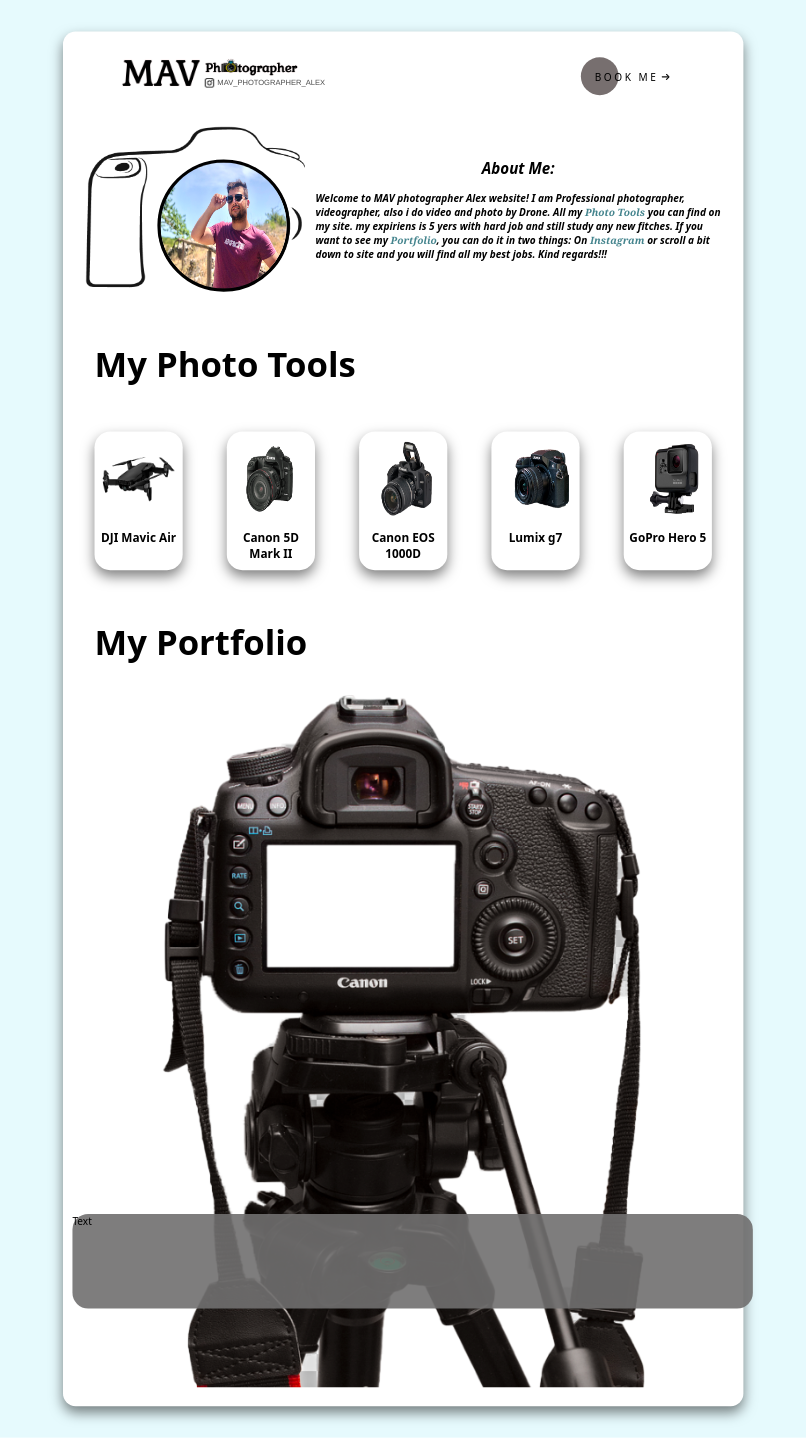
Repository: Dekabrist94/MAV
Page: /
An editor plug-in stored every save of this project. The page is shown before and after the next save, followed by the edit.
The browser window is 1280 px wide. The pictures show the whole page, at 63% of full size.
The project was rebuilt for these pictures with package versions that can differ from the ones it lists, and the page was loaded fresh each time.

Above is the page before, as saved 2023-03-11 17:34:19.

### src/index.js
import React from 'react';
import ReactDOM from 'react-dom/client';
import './index.scss';
import App from './App';
import reportWebVitals from './reportWebVitals';

const root = ReactDOM.createRoot(document.getElementById('root'));
root.render(
  <React.StrictMode>
    <App />
  </React.StrictMode>,
);

// If you want to start measuring performance in your app, pass a function
// to log results (for example: reportWebVitals(console.log))
// or send to an analytics endpoint. Learn more: https://bit.ly/CRA-vitals
reportWebVitals();

### src/index.scss
.aboutLinks {
  color: rgb(68, 132, 141);
  text-decoration: none;
  font-family: Georgia, 'Times New Roman', Times, serif;
  transition: all 0.3s ease;
}

.aboutLinks:hover {
  color: rgb(235, 17, 82);
  text-decoration: none;
  font-family: Georgia, 'Times New Roman', Times, serif;
}

body {
  margin: 0;
  font-family: system-ui;
  -webkit-font-smoothing: antialiased;
  -moz-osx-font-smoothing: grayscale;
  background-color: rgb(12, 213, 240, 0.1);
}

.wrapper {
  background: #ffffff;
  box-shadow: 0px 10px 20px rgba(0, 0, 0, 0.5);
  border-radius: 20px;
  max-width: 1080px;
  margin: 50px auto;
}

header {
  padding: 40px;
  margin: 50px;
  display: flex;
  justify-content: space-between;
}

img {
  margin-right: 5px;
}

.headerLeft {
  display: flex;
  align-items: center;
}

.underLogoLink {
  color: black;
  opacity: 70%;
  font-family: 'Franklin Gothic Medium', 'Arial Narrow', Arial, sans-serif;
  text-decoration: none;
  transition: all 0.2s ease;
  text-transform: uppercase;
  font-size: 12px;
}
.underLogoLink:hover {
  opacity: 100%;
  transition: all 0.2s ease;
}
.instaLink {
  display: flex;
  margin-top: -3px;
  align-items: center;
}

.bookMe {
  margin-top: 20px;
}

h3,
p {
  margin: 0;
}

.aboutMe {
  margin-left: 150px;
  position: relative;
  display: flex;

  align-items: center;
  justify-content: space-between;
}

.camera {
  top: -50px;
  left: -190px;
  position: absolute;
}
.avatar {
  border-radius: 50%;
  border: 5px black solid;
  z-index: 1;
  transition: all 0.4s ease;

  cursor: pointer;
}
.avatar:hover {
  transition: all 0.4s ease;
  transform: scale(1.05);
  cursor: pointer;
}

.textAboutCenter {
  text-align: center;
  font-style: italic;
}
.textAbout {
  padding-bottom: 50px;
  padding-left: 5%;
  padding-right: 5%;
  text-align: left;
  font-style: italic;
}
.cardContainer {
  display: flex;
  padding: 15px;
}
.card {
  height: 220px;
  width: 140px;
  margin: 0 auto;
}

.cardBorder {
  border-radius: 25px;
  box-shadow: 0px 10px 20px rgba(0, 0, 0, 0.5);
}

.cardStyle {
  padding-top: 15px;
  text-align: center;
}

.CaptionTools {
  padding-left: 50px;
  font-size: 55px;
}

.Portfolio {
}

.captionPortfolio {
  padding-top: 15px;
  padding-left: 50px;
  font-size: 55px;
}

.mainCamera {
  margin: 0 auto;
  align-items: center;
  display: flex;
}

.cameraSlider {
  margin: 0 auto;
  z-index: 2;
}

.contContainer {
  position: relative;
  padding: 15px;
}

.background {
  position: absolute;
  background: rgba(112, 111, 111, 0.9);
  width: 100%;
  height: 150px;
  margin: -290px auto;
  z-index: 3;
  border-radius: 25px;
}

// .contContainer {
//   background: rgba(26, 25, 25, 0.6);
//   border-radius: 25px;
//   padding: 15px;
//   margin: 0px 15px auto;
//   z-index: 3;
// }
// .contacts {
//   display: flex;
//   margin: 0 auto;
//   justify-content: space-between;
//   z-index: 4;
// }

// li {
//   list-style-type: none;
//   z-index: 5;
// }

// .qrcode {
//   border-radius: 25px;
// }

### src/App.js
import { Header } from './pages/Header';
import { PhotoTools } from './pages/PhotoTools';
import { AboutMe } from './pages/AboutMe';
import mainCamera from './assets/img/mainCamera.png';
function App() {
  return (
    <div className="wrapper">
      <Header />
      <AboutMe />
      <PhotoTools />

      <section className="Portfolio">
        <h1 className="captionPortfolio">My Portfolio</h1>
        <div className="slider">
          <div className="mainCamera">
            <img className="cameraSlider" width={800} height={1100} src={mainCamera} />
          </div>
        </div>
      </section>

      <section className="contContainer">
        <div className="background">Text</div>
      </section>

      {/* <section className="contContainer">
        <div>
          <h1 className="contCaption">Contacts</h1>
          <ul className="contacts">
            <li>
              <a href="https://www.instagram.com/palazzagofotografo/" target="_blank">
                <img
                  className="qrcode"
                  src="http://qrcoder.ru/code/?https%3A%2F%2Fwww.instagram.com%2Fpalazzagofotografo%2F&3&0"
                  width="123"
                  height="123"
                  title="Instagram QR Code"
                />
              </a>
              <h4 align="center">Instagram</h4>
            </li>
            <li>
              <a href="https://wa.me/+393519741841" target="_blank">
                <img
                  className="qrcode"
                  src="http://qrcoder.ru/code/?https%3A%2F%2Fwa.me%2F%2B393519741841&3&0"
                  width="123"
                  height="123"
                  title="WhatsApp QR Code"
                />
              </a>
              <h4 align="center">WhatsApp</h4>
            </li>
            <li>
              <a href="https://t.me/mavphotographeralex" target="_blank">
                <img
                  className="qrcode"
                  src="http://qrcoder.ru/code/?https%3A%2F%2Ftelegram.me%2F%40mavphotographer&4&0"
                  width="123"
                  height="123"
                  title="Telegram QR Code"
                />
              </a>
              <h4 align="center">Telegram</h4>
            </li>
          </ul>
        </div>
      </section> */}
    </div>
  );
}

export default App;

### src/pages/Header.jsx
import PHOTOGRAPHER from '../assets/img/photographer.png';
import InstaLogo from '../assets/img/instagram.png';
import MAV from '../assets/img/MAV.png';
import '../index.scss';
import { CustomButton } from '../components/button UI';
export const Header = () => {
  return (
    <header>
      <div className="headerLeft">
        <img width={130} height={50} src={MAV} alt="logo" />
        <div className="headerInfo">
          <img width={150} height={30} src={PHOTOGRAPHER} alt="logo" />
          <div className="instaLink">
            <img width={15} height={15} src={InstaLogo} alt="Instagram" />
            <a href="#" className="underLogoLink">
              mav_photographer_alex
            </a>
          </div>
        </div>
      </div>
      <div className="bookMe">
        <CustomButton text="BOOK ME" style="link" />
      </div>
    </header>
  );
};

### src/pages/PhotoTools.jsx
import Drone from '../assets/img/mavicAir.png';
import Mark from '../assets/img/5dmark.png';
import CanonD from '../assets/img/1000d.png';
import Lumix from '../assets/img/lumix.png';
import Hero5 from '../assets/img/hero5.png';

import '../index.scss';

export const PhotoTools = () => {
  return (
    <section className="PhotoTools">
      <aside>
        <h1 className="CaptionTools">My Photo Tools</h1>
      </aside>
      <div className="cardContainer">
        <div className="card cardBorder">
          <img className="cardStyle" width={140} height={120} src={Drone} alt="card" />
          <p className="cardStyle">
            <h3>DJI Mavic Air</h3>
          </p>
        </div>
        <div className="card cardBorder">
          <img className="cardStyle" width={140} height={120} src={Mark} alt="card" />
          <p className="cardStyle">
            <h3>Canon 5D Mark II</h3>
          </p>
        </div>
        <div className="card cardBorder">
          <img className="cardStyle" width={160} height={120} src={CanonD} alt="card" />
          <p className="cardStyle">
            <h3>Canon EOS 1000D</h3>
          </p>
        </div>
        <div className="card cardBorder">
          <img className="cardStyle" width={160} height={120} src={Lumix} alt="card" />
          <p className="cardStyle">
            <h3>Lumix g7</h3>
          </p>
        </div>
        <div className="card cardBorder">
          <img className="cardStyle" width={160} height={120} src={Hero5} alt="card" />
          <p className="cardStyle">
            <h3>GoPro Hero 5</h3>
          </p>
        </div>
      </div>
    </section>
  );
};

### src/pages/AboutMe.jsx
import '../index.scss';
import Camera from '../assets/img/camera.png';
import AVATAR from '../assets/img/AVATAR.jpg';
export const AboutMe = () => {
  return (
    <section className="aboutMe">
      <img className="avatar" width={200} height={200} src={AVATAR} alt="AVATAR" />
      <img className="camera" width={500} height={302} src={Camera} alt="Camera" />

      <div>
        <h1 className="textAboutCenter">About Me:</h1>
        <h4 className="textAbout">
          Welcome to MAV photographer Alex website! I am Professional photographer, videographer,
          also i do video and photo by Drone. All my{' '}
          <a className="aboutLinks" href="#">
            Photo Tools
          </a>{' '}
          you can find on my site. my expiriens is 5 yers with hard job and still study any new
          fitches. If you want to see my{' '}
          <a className="aboutLinks" href="#">
            Portfolio
          </a>
          , you can do it in two things: On{' '}
          <a className="aboutLinks" href="#">
            Instagram
          </a>{' '}
          or scroll a bit down to site and you will find all my best jobs. Kind regards!!!
        </h4>
      </div>
    </section>
  );
};

### src/components/button UI/index.jsx
import styles from './Button.module.css';
import React from 'react';

export const CustomButton = ({ type, text, link, style }) => {
  if (style === 'btn') {
    return (
      <button className={`${styles.button} ${styles.buttonBtn}`} type={type}>
        <span>{text}</span>
        <svg width="13px" height="10px" viewBox="0 0 13 10">
          <path d="M1,5 L11,5"></path>
          <polyline points="8 1 12 5 8 9"></polyline>
        </svg>
      </button>
    );
  } else if (style === 'link') {
    return (
      <a
        href={link}
        className={`${styles.button} ${styles.buttonLink}`}
        target="_blank"
        rel="noreferrer">
        <span>{text}</span>
        <svg width="13px" height="10px" viewBox="0 0 13 10">
          <path d="M1,5 L11,5"></path>
          <polyline points="8 1 12 5 8 9"></polyline>
        </svg>
      </a>
    );
  }
  return <button>{text}</button>;
};

### src/components/button UI/Button.module.css
.button {
  position: relative;
  margin: auto;
  padding: 19px 22px;
  transition: all 0.2s ease;
  cursor: pointer;
}
.button:before {
  content: '';
  position: absolute;
  top: 0;
  left: 0;
  display: block;
  border-radius: 50%;

  width: 60px;
  height: 60px;
  transition: all 0.5s ease;
}
.buttonLink:before {
  background: rgb(119, 111, 111);
}
.buttonBtn:before {
  background: rgba(255, 165, 45, 0.5);
}
.button span {
  position: relative;
  font-size: 16px;
  line-height: 18px;
  font-weight: 400;
  letter-spacing: 4px;
  text-transform: uppercase;
  vertical-align: middle;
  transition: color 0.5s ease;
}
.button:hover span {
  color: #fff;
}
.button svg {
  position: relative;
  top: 0;
  margin-left: 10px;
  fill: none;
  stroke-linecap: round;
  stroke-linejoin: round;
  stroke: #111;
  stroke-width: 2;
  transform: translateX(-5px);
  transition: all 0.5s ease;
}
.button:hover:before {
  width: 100%;
  border-radius: 50px;
}
.buttonLink:hover:before {
  background: black;
}
.buttonBtn:hover:before {
  background: rgb(255, 165, 45);
}
.button:hover svg {
  transform: translateX(0);
  stroke: #fff;
}
.button:active {
  transform: scale(0.96);
}

Loaded but not shown: public/index.html (common file); src/reportWebVitals.js (common file)

After the next save:
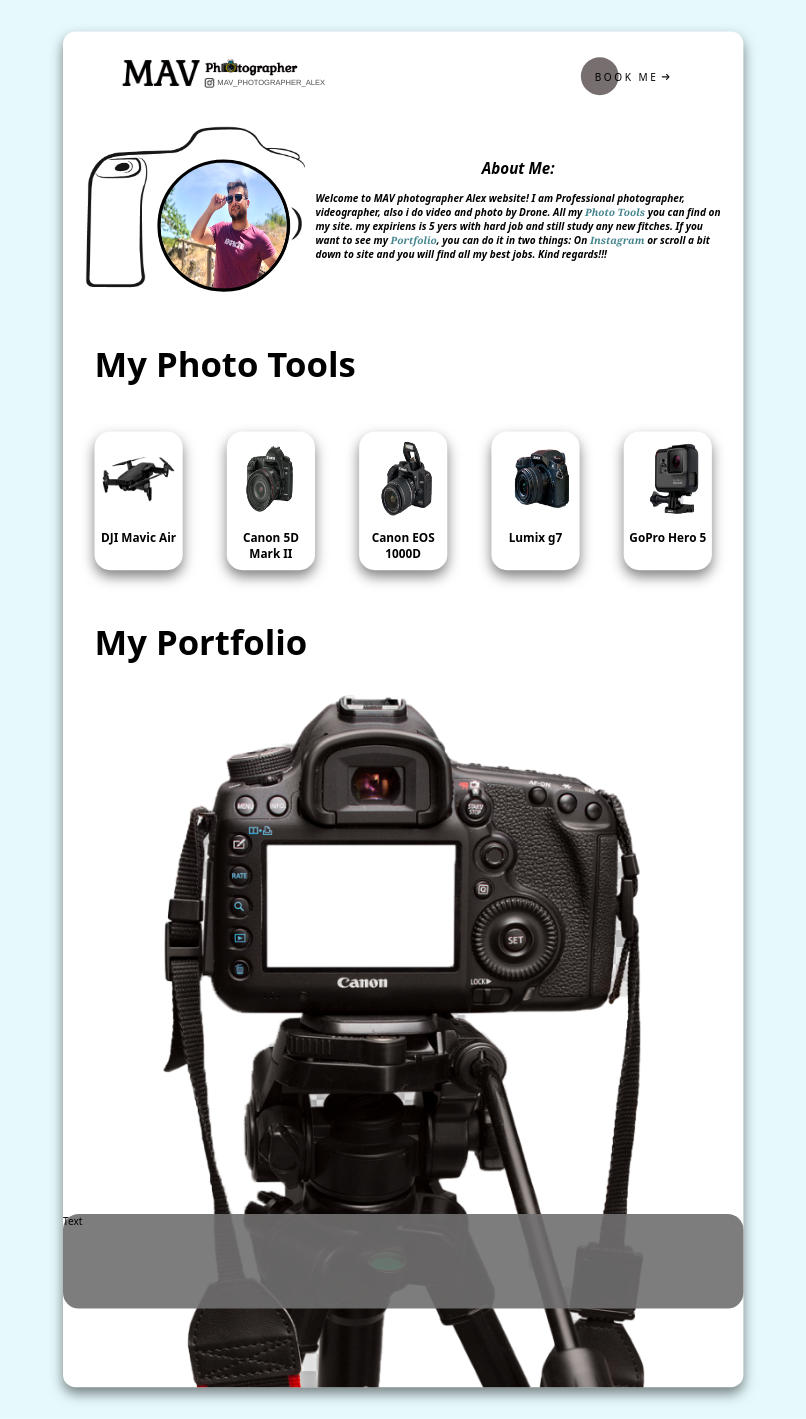
Saved 13 s later.
--- a/src/index.scss
+++ b/src/index.scss
@@ -157,7 +157,7 @@
 
 .contContainer {
   position: relative;
-  padding: 15px;
+  margin: 15px auto;
 }
 
 .background {
